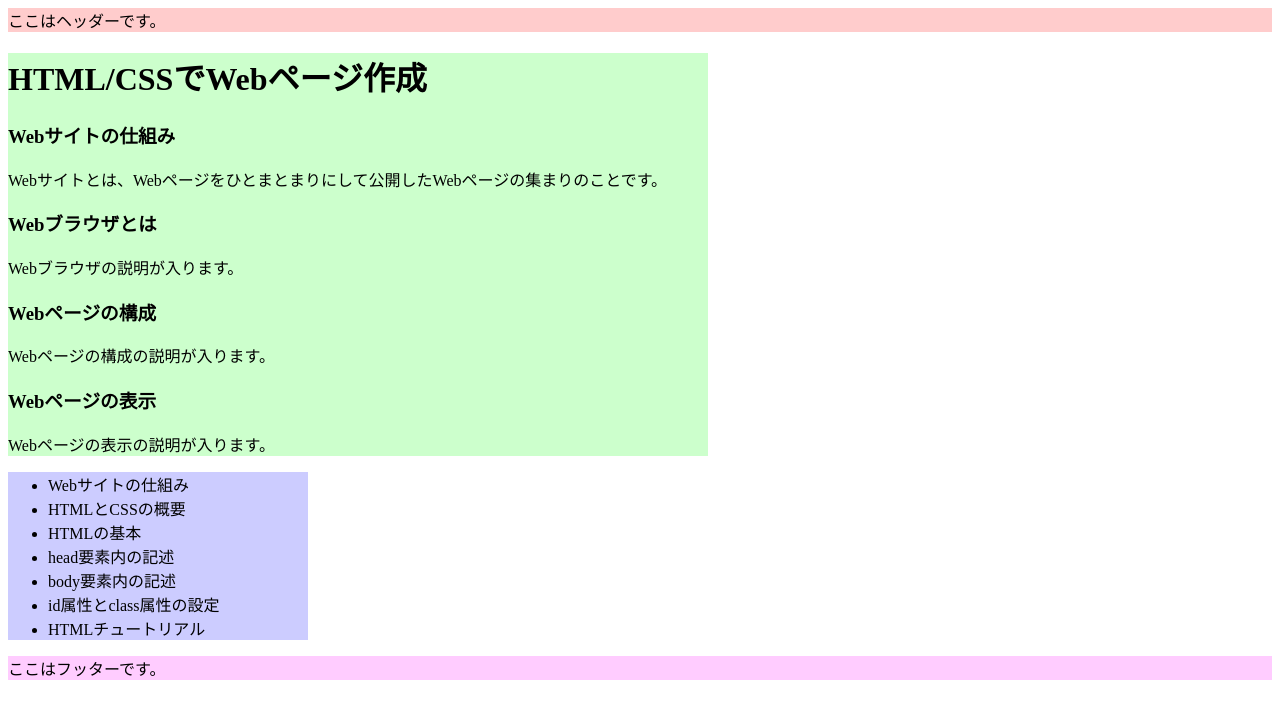
Repository: Masakazu6221/masakazu-dialog
Page: images_kitchen/kadai-html.html
The author's editor kept a record of every edit. The page is drawn from the files as they stood at one moment, then again after the next edit.
The browser window is 1280 px wide. The pictures show the whole page.

Above is the page before.

### images_kitchen/kadai-html.html
<!DOCTYPE html>
<html lang="ja">
    <head>
        <meta charset="utf-8">
        <link rel="stylesheet" href="kadai-css.css">
        <title>HTML/CSSでWebページ作成</title>
    </head>
    <body>
        <header>ここはヘッダーです。</header>
        <div id="wrapper">
            <div id="main">
                <h1>HTML/CSSでWebページ作成</h1>
                <h3>Webサイトの仕組み</h3>
                <p>Webサイトとは、Webページをひとまとまりにして公開したWebページの集まりのことです。</p>
                <h3>Webブラウザとは</h3>
                <p>Webブラウザの説明が入ります。</p>
                <h3>Webページの構成</h3>
                <p>Webページの構成の説明が入ります。</p>
                <h3>Webページの表示</h3>
                <p>Webページの表示の説明が入ります。</p>
            </div>
            <nav id="menu">
                <ul>
                    <li>Webサイトの仕組み</li>
                    <li>HTMLとCSSの概要</li>
                    <li>HTMLの基本</li>
                    <li>head要素内の記述</li>
                    <li>body要素内の記述</li>
                    <li>id属性とclass属性の設定</li>
                    <li>HTMLチュートリアル</li>
                </ul>
            </nav>
        </div>
        <footer>ここはフッターです。</footer>
    </body>
</html>

### images_kitchen/kadai-css.css
@charset "UTF-8";

header{
    background: #ffcccc;
}

#main{
    width: 700px;
    background:	#ccffcc;
}
#menu{
    width:300px;
    background:#ccccff;
}
footer{
    background:#ffccff;
}

After the next edit:
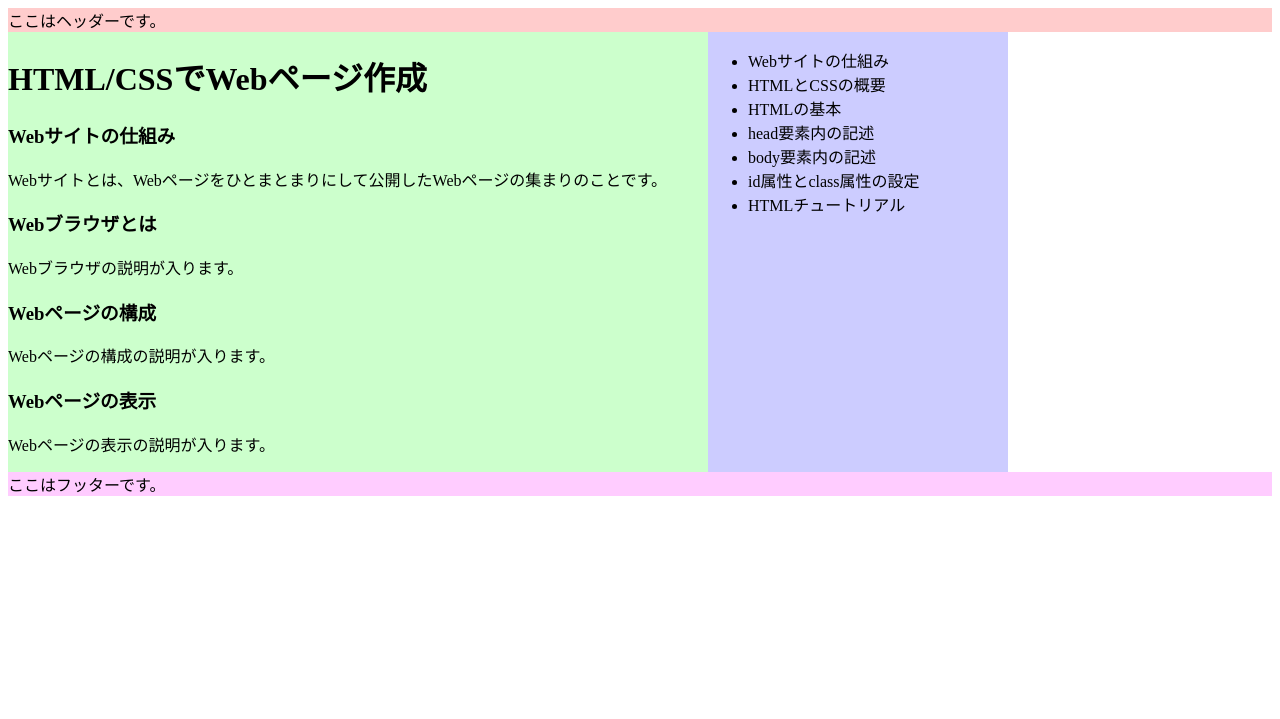
The edit:
--- a/images_kitchen/kadai-css.css
+++ b/images_kitchen/kadai-css.css
@@ -2,6 +2,11 @@
 
 header{
     background: #ffcccc;
+}
+
+#wrapper{
+    width:1000px;
+    display:flex;
 }
 
 #main{
